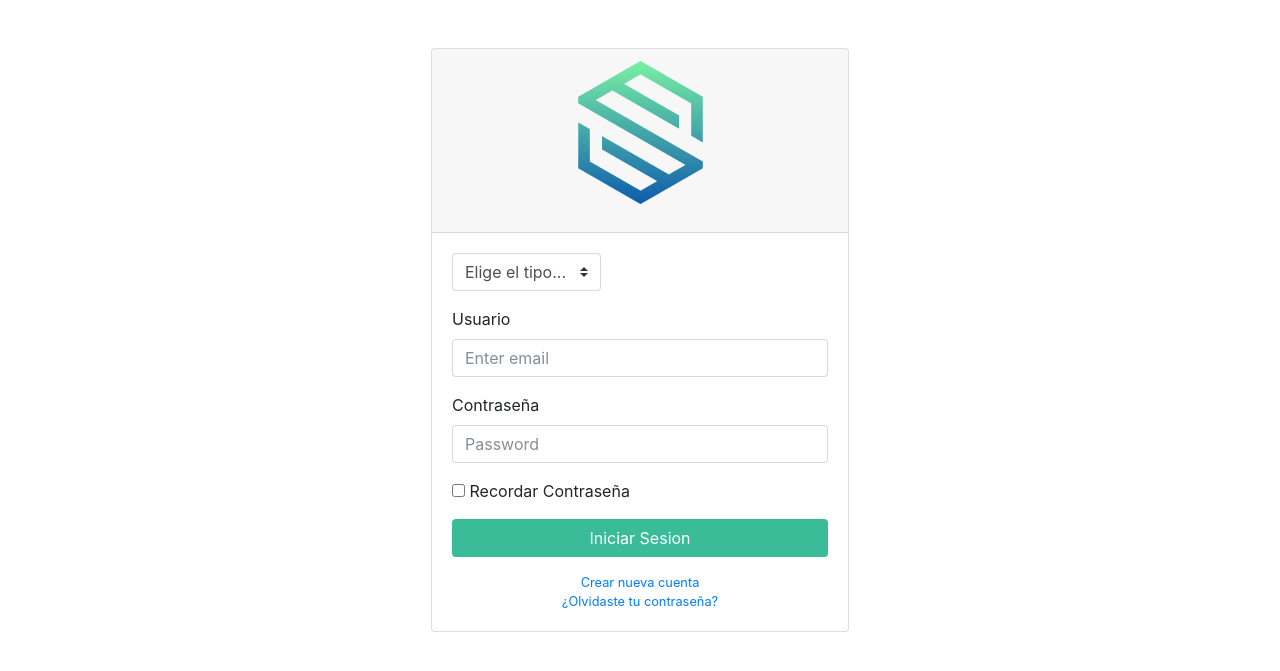
Repository: krojas1997/Test_Project
Page: http://localhost/GREENLIGHT/pages/login.jsp
These files come from the project's save history. The page is drawn as it stood at one moment and after the next save; the edit follows.
The browser window is 1280 px wide. The pictures show the whole page.
Some web libraries are served in a nearby version. The page is served by Tomcat 9.

Above is the page before, as saved 2017-11-06 06:12:34.

After the next save:
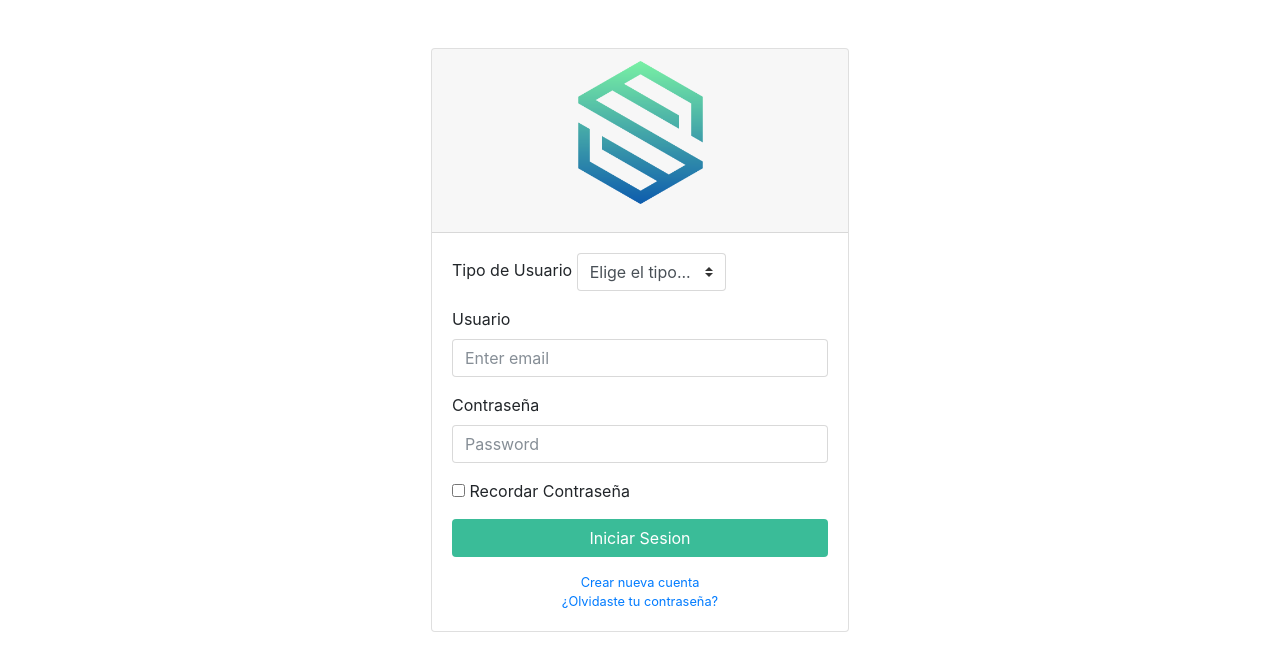
Saved 42 s later.
--- a/Test_GreenLight/GREENLIGHT/WebContent/pages/login.jsp
+++ b/Test_GreenLight/GREENLIGHT/WebContent/pages/login.jsp
@@ -17,6 +17,7 @@
       <div class="card-body">
         <form>
     	  <div class="form-group">
+    	  	<label for="exampleInputEmail1">Tipo de Usuario</label>
 	        <select class="custom-select">
 			  <option selected>Elige el tipo...</option>
 			  <option value="1">Paciente</option>
